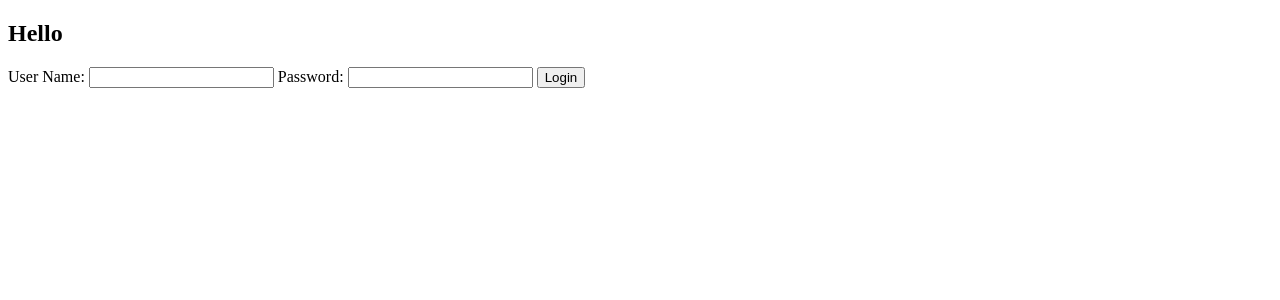
Repository: hoangkhanh2208/Jsp-Servlet-JDBC-Learn
Page: http://localhost/JavaServletExample/views/login.jsp
An editor plug-in stored every save of this project. The page is shown before and after the next save, followed by the edit.
The browser window is 1280 px wide. The pictures show the whole page.
The page is served by Tomcat 9.

Above is the page before, as saved 2021-05-22 16:23:15.

After the next save:
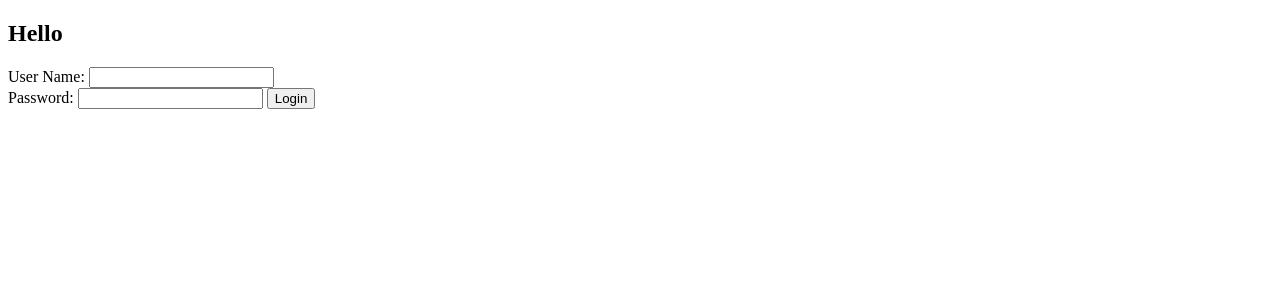
Saved 47 s later.
--- a/JavaServletExample/src/main/webapp/views/login.jsp
+++ b/JavaServletExample/src/main/webapp/views/login.jsp
@@ -10,7 +10,7 @@
 	<h2>Hello</h2>
 
 	<form action="exam1" method="get">
-		User Name: <input type="text" name="userName">
+		User Name: <input type="text" name="userName"> </br>
 		Password: <input type="text" name="password">
 
 		<input type="submit" value="Login">
